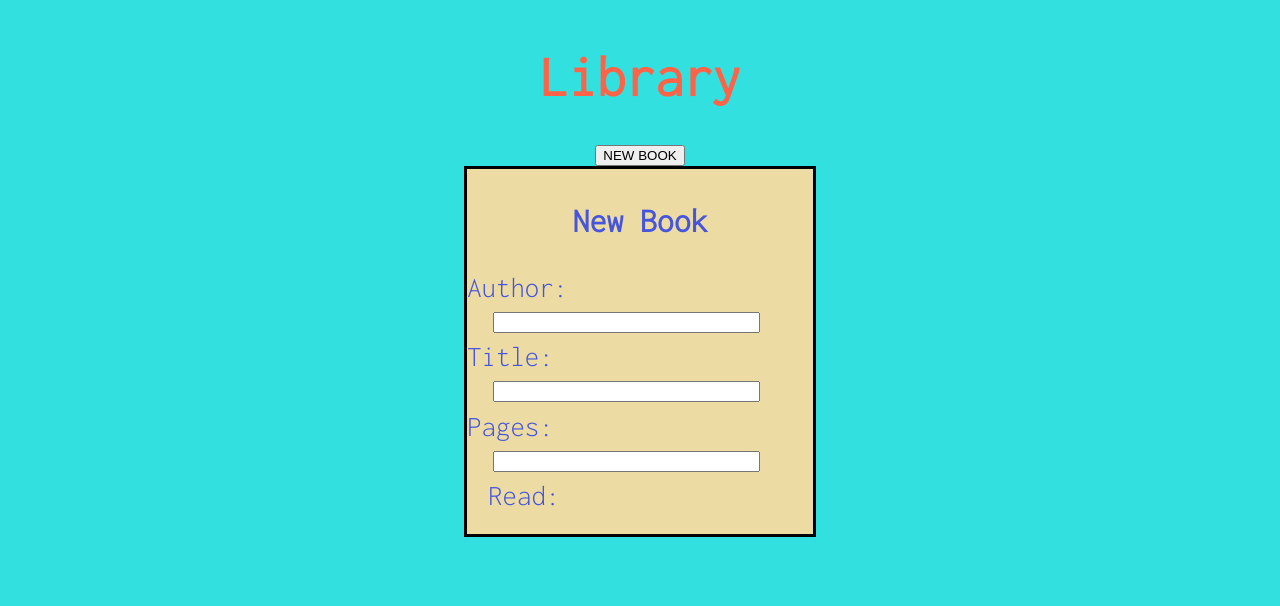
Repository: 0101chaitanya/Library
Page: index.html
These files come from the project's save history. The page is drawn as it stood at one moment and after the next save; the edit follows.
The browser window is 1280 px wide. The pictures show the whole page.

Above is the page before, as saved 2021-06-02 14:46:03.

After the next save:
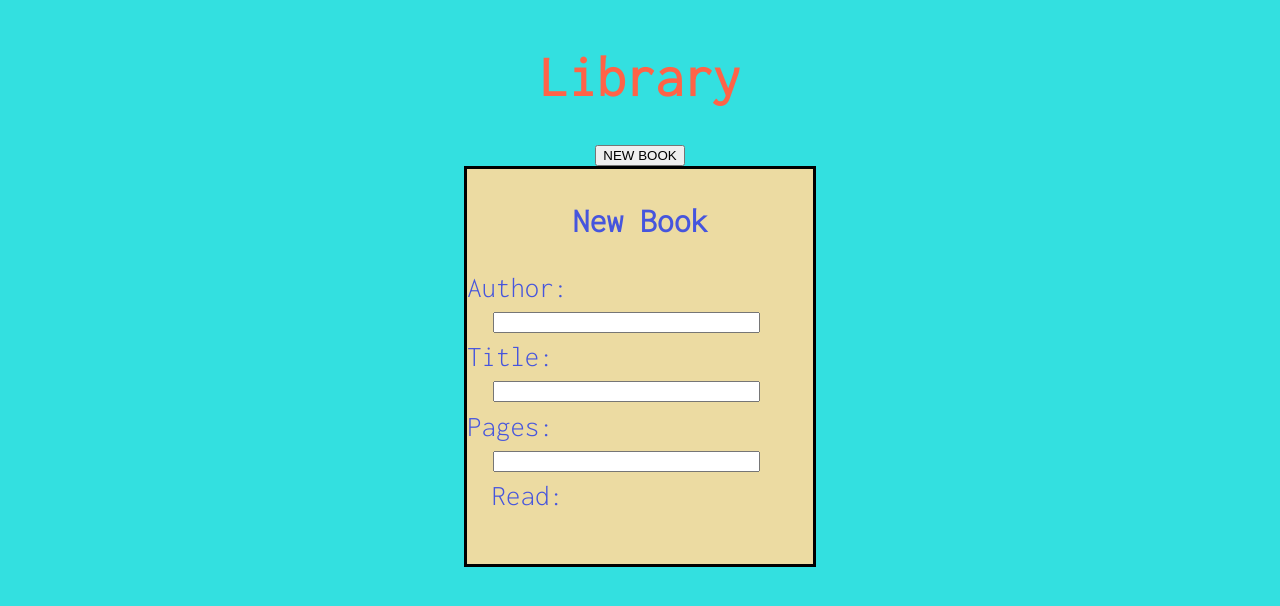
Saved 5 s later.
--- a/styles.css
+++ b/styles.css
@@ -56,7 +56,7 @@
 
   #read {
       display: block;
-      padding: 0 rem;
+      padding: 0 10rem;
       position: relative;
       right: 3.9rem;
   }

After the save that followed:
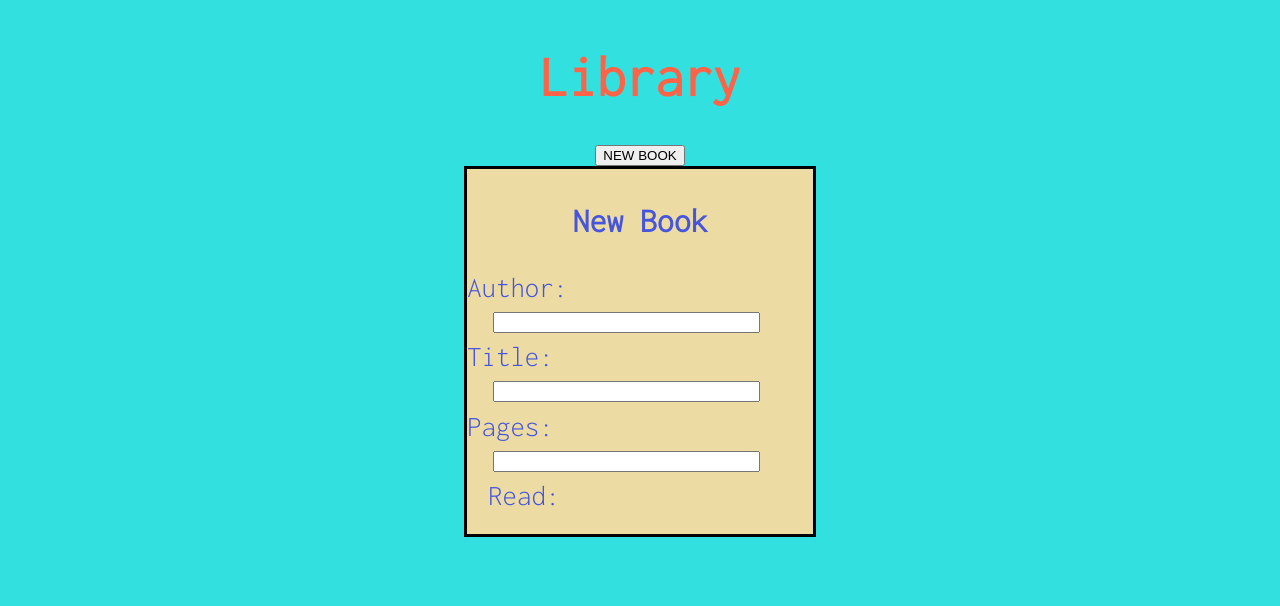
Saved 6 s later.
--- a/styles.css
+++ b/styles.css
@@ -56,7 +56,7 @@
 
   #read {
       display: block;
-      padding: 0 10rem;
+      padding: 0 2rem;
       position: relative;
       right: 3.9rem;
   }
